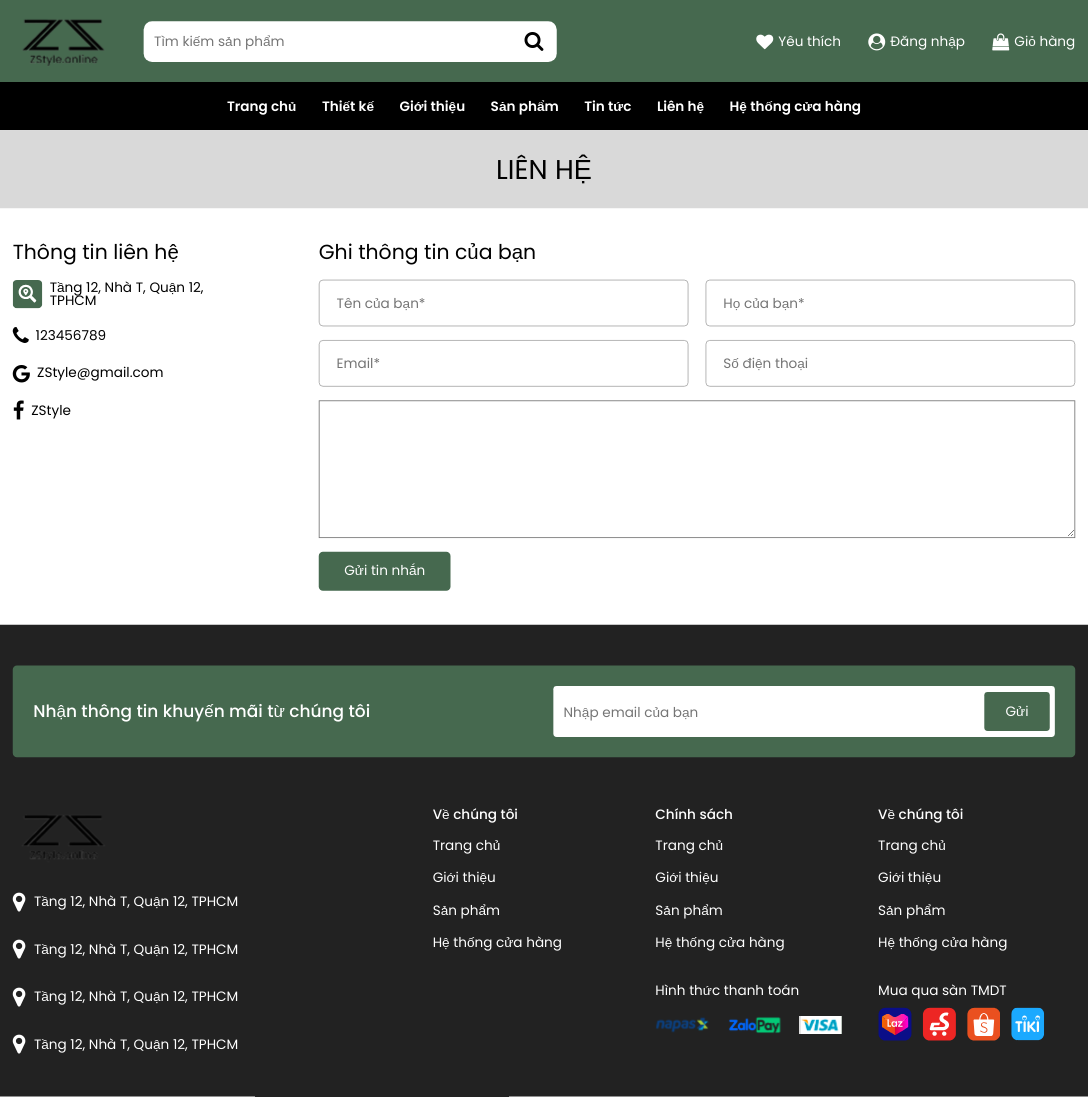
Repository: Toan3333/duanmau
Page: assets/pages/lienhe.html
An editor plug-in stored every save of this project. The page is shown before and after the next save, followed by the edit.
The browser window is 1280 px wide. The pictures show the whole page, at 85% of full size.
Some web libraries are served in a nearby version.

Above is the page before, as saved 2023-11-07 21:31:32.
Console error: TypeError: Cannot read properties of null (reading 'addEventListener')

### assets/pages/lienhe.html
<!DOCTYPE html>
<html lang="en">
  <head>
    <meta charset="UTF-8" />
    <meta name="viewport" content="width=device-width, initial-scale=1.0" />
    <title>Liên hệ</title>
    <link
      rel="stylesheet"
      type="text/css"
      href="https://cdn.jsdelivr.net/npm/slick-carousel@1.8.1/slick/slick.css" />
    <link rel="stylesheet" href="../css/style.css" />
    <link
      rel="stylesheet"
      href="https://cdnjs.cloudflare.com/ajax/libs/font-awesome/4.7.0/css/font-awesome.min.css"
      integrity="sha512-SfTiTlX6kk+qitfevl/7LibUOeJWlt9rbyDn92a1DqWOw9vWG2MFoays0sgObmWazO5BQPiFucnnEAjpAB+/Sw=="
      crossorigin="anonymous"
      referrerpolicy="no-referrer" />
    <link
      rel="stylesheet"
      type="text/css"
      href="https://cdn.jsdelivr.net/npm/slick-carousel@1.8.1/slick/slick.css" />

    <link
      href="https://fonts.googleapis.com/css?family=Poppins:100,100italic,200,200italic,300,300italic,regular,italic,500,500italic,600,600italic,700,700italic,800,800italic,900,900italic"
      rel="stylesheet" />
  </head>
  <body>
    <div class="app">
      <!-- Header -->
      <header class="header">
        <div class="container">
          <div class="header-main">
            <div class="header-logo">
              <a href="#">
                <img src="../images/logo.svg" alt="" />
              </a>
            </div>
            <form action="" class="header-form">
              <div class="header-input">
                <input type="text" placeholder="Tìm kiếm sản phẩm" />
                <div class="header-input-icon">
                  <i class="fa fa-search" aria-hidden="true"></i>
                </div>
              </div>
            </form>
            <div class="header-auth">
              <div class="header-auth__item">
                <i class="fa fa-heart" aria-hidden="true"></i>
                <a href="#" class="header-link">Yêu thích</a>
              </div>
              <div class="header-auth__item">
                <i class="fa fa-user-circle" aria-hidden="true"></i>
                <a href="#" class="header-link">Đăng nhập</a>
              </div>
              <div class="header-auth__item">
                <i class="fa fa-shopping-bag" aria-hidden="true"></i>
                <a href="#" class="header-link">Giỏ hàng</a>
              </div>
            </div>
          </div>
        </div>
      </header>
      <!-- Header end -->
      <section class="header-bottom">
        <div class="container">
          <div class="header-bottom__main">
            <ul class="header-menu">
              <li class="header-menu-item">
                <a href="/index.html" class="header-menu-link">Trang chủ</a>
              </li>
              <li class="header-menu-item">
                <a href="#" class="header-menu-link">Thiết kế</a>
              </li>
              <li class="header-menu-item">
                <a href="#" class="header-menu-link">Giới thiệu</a>
              </li>
              <li class="header-menu-item">
                <a href="#" class="header-menu-link">Sản phẩm</a>
              </li>
              <li class="header-menu-item">
                <a href="#" class="header-menu-link">Tin tức</a>
              </li>
              <li class="header-menu-item">
                <a href="#" class="header-menu-link">Liên hệ</a>
              </li>
              <li class="header-menu-item">
                <a href="#" class="header-menu-link">Hệ thống cửa hàng</a>
              </li>
            </ul>
          </div>
        </div>
      </section>
      <!-- Contact -->
      <div class="contact-heading">
        <div class="contact-text-center">LIÊN HỆ</div>
      </div>
      <section class="contact">
        <div class="container">
          <div class="contact-main">
            <div class="contact-left">
              <h2>Thông tin liên hệ</h2>
              <ul class="contact-menu">
                <li class="contact-list">
                  <div class="contact-list-icon">
                    <svg
                      xmlns="http://www.w3.org/2000/svg"
                      width="36"
                      height="34"
                      viewBox="0 0 36 34"
                      fill="none">
                      <rect width="35.1724" height="34" rx="5" fill="#46694F" />
                      <path
                        d="M27.8511 24.1075L23.7413 19.9985C23.5559 19.813 23.3044 19.71 23.0406 19.71C22.7677 19.71 22.6107 19.3926 22.7615 19.1651C23.6603 17.8093 24.1824 16.1842 24.1824 14.4345C24.1824 9.69901 20.3446 5.86206 15.6087 5.86206C10.8728 5.86206 7.03467 9.69901 7.03467 14.4345C7.03467 19.17 10.8724 23.007 15.6087 23.007C17.3584 23.007 18.9842 22.4848 20.3401 21.5861C20.5676 21.4353 20.885 21.5923 20.885 21.8652C20.885 22.129 20.988 22.3805 21.1735 22.5659L25.2833 26.6749C25.6707 27.0624 26.2972 27.0624 26.6806 26.6749L27.847 25.5085C28.2345 25.121 28.2345 24.4949 27.8511 24.1075ZM15.6087 20.369C12.3303 20.369 9.67341 17.7171 9.67341 14.4345C9.67341 11.1565 12.3258 8.49999 15.6087 8.49999C18.8872 8.49999 21.544 11.1519 21.544 14.4345C21.544 17.7126 18.8917 20.369 15.6087 20.369ZM15.6096 10.4784C13.9287 10.4784 12.5661 11.8407 12.5661 13.5215C12.5661 14.8801 14.5552 17.3568 15.3173 18.2558C15.3531 18.2986 15.3978 18.333 15.4483 18.3566C15.4987 18.3802 15.5538 18.3924 15.6096 18.3924C15.6653 18.3924 15.7204 18.3802 15.7708 18.3566C15.8213 18.333 15.866 18.2986 15.9018 18.2558C16.6639 17.3568 18.653 14.8805 18.653 13.5215C18.653 11.8407 17.2904 10.4784 15.6096 10.4784ZM15.6096 14.4353C15.063 14.4353 14.6203 13.9922 14.6203 13.4461C14.6203 12.8996 15.0634 12.4569 15.6096 12.4569C16.1557 12.4569 16.5988 12.8996 16.5988 13.4461C16.5988 13.9922 16.1557 14.4353 15.6096 14.4353Z"
                        fill="white" />
                    </svg>
                  </div>
                  <a href="#" class="contact-link">Tầng 12, Nhà T, Quận 12, TPHCM</a>
                </li>
                <li class="contact-list">
                  <i class="fa fa-phone" aria-hidden="true"></i>
                  <a href="#" class="contact-link">123456789</a>
                </li>
                <li class="contact-list">
                  <i class="fa fa-google" aria-hidden="true"></i>
                  <a href="#" class="contact-link">ZStyle@gmail.com</a>
                </li>
                <li class="contact-list">
                  <i class="fa fa-facebook" aria-hidden="true"></i>
                  <a href="#" class="contact-link">ZStyle</a>
                </li>
              </ul>
            </div>
            <div class="contact-right">
              <h2>Ghi thông tin của bạn</h2>
              <form action="" class="contact-form">
                <div class="contact-form-group">
                  <input type="text" placeholder="Tên của bạn*" />
                  <input type="text" placeholder="Họ của bạn*" />
                </div>
                <div class="contact-form-group">
                  <input type="text" placeholder="Email*" />
                  <input type="text" placeholder="Số điện thoại" />
                </div>
                <textarea class="comment" name="" id="" cols="30" rows="10"> </textarea>
                <div class="product-btn contact-btn">
                  <button class="button-primary">Gửi tin nhắn</button>
                </div>
              </form>
            </div>
          </div>
        </div>
      </section>
      <!-- Contact end-->
      <footer class="footer">
        <div class="container">
          <div class="footer-box">
            <div class="footer-box__title">Nhận thông tin khuyến mãi từ chúng tôi</div>
            <form action="" class="footer-form">
              <div class="footer-form__input">
                <input class="form-control" type="text" placeholder="Nhập email của bạn " />
                <div class="footer-form__submit">
                  <button type="submit" class="footer-btn">Gửi</button>
                </div>
              </div>
            </form>
          </div>
          <div class="footer-list">
            <div class="footer-column">
              <div class="footer-logo">
                <a href="#">
                  <img src="../images/logo.svg" alt="" />
                </a>
                <div class="footer-nav">
                  <ul class="footer-menu">
                    <li class="footer-item">
                      <a href="#" class="footer-link"
                        ><i class="fa fa-map-marker" aria-hidden="true"></i>
                        Tầng 12, Nhà T, Quận 12, TPHCM
                      </a>
                    </li>
                    <li class="footer-item">
                      <a href="#" class="footer-link"
                        ><i class="fa fa-map-marker" aria-hidden="true"></i>
                        Tầng 12, Nhà T, Quận 12, TPHCM
                      </a>
                    </li>
                    <li class="footer-item">
                      <a href="#" class="footer-link"
                        ><i class="fa fa-map-marker" aria-hidden="true"></i>
                        Tầng 12, Nhà T, Quận 12, TPHCM
                      </a>
                    </li>
                    <li class="footer-item">
                      <a href="#" class="footer-link"
                        ><i class="fa fa-map-marker" aria-hidden="true"></i>
                        Tầng 12, Nhà T, Quận 12, TPHCM
                      </a>
                    </li>
                  </ul>
                </div>
              </div>
            </div>
            <div class="footer-column">
              <h4 class="footer-title">Về chúng tôi</h4>
              <ul class="footer-menus">
                <li>
                  <a href="#" class="footer-link">Trang chủ </a>
                </li>
                <li>
                  <a href="#" class="footer-link">Giới thiệu</a>
                </li>
                <li>
                  <a href="#" class="footer-link">Sản phẩm</a>
                </li>
                <li>
                  <a href="#" class="footer-link">Hệ thống cửa hàng</a>
                </li>
              </ul>
            </div>
            <div class="footer-column">
              <h4 class="footer-title">Chính sách</h4>
              <ul class="footer-menus">
                <li>
                  <a href="#" class="footer-link">Trang chủ </a>
                </li>
                <li>
                  <a href="#" class="footer-link">Giới thiệu</a>
                </li>
                <li>
                  <a href="#" class="footer-link">Sản phẩm</a>
                </li>
                <li>
                  <a href="#" class="footer-link">Hệ thống cửa hàng</a>
                </li>
              </ul>
              <div class="footer-checkout">
                <div class="footer-checkout__title">Hình thức thanh toán</div>
                <div class="footer-checkout__icon">
                  <img src="../images/napas.svg" alt="" />
                  <img src="../images/zalopay-icon.svg" alt="" />
                  <img src="../images/visa.svg" alt="" />
                </div>
              </div>
            </div>
            <div class="footer-column">
              <h4 class="footer-title">Về chúng tôi</h4>
              <ul class="footer-menus">
                <li>
                  <a href="#" class="footer-link">Trang chủ </a>
                </li>
                <li>
                  <a href="#" class="footer-link">Giới thiệu</a>
                </li>
                <li>
                  <a href="#" class="footer-link">Sản phẩm</a>
                </li>
                <li>
                  <a href="#" class="footer-link">Hệ thống cửa hàng</a>
                </li>
              </ul>
              <div class="footer-checkout">
                <div class="footer-checkout__title">Mua qua sàn TMDT</div>
                <div class="footer-checkout__icon">
                  <img class="footer-icon__image" src="../images/lazada.svg" alt="" />
                  <img class="footer-icon__image" src="../images/sendo.svg" alt="" />
                  <img class="footer-icon__image" src="../images/shopee.svg" alt="" />
                  <img class="footer-icon__image" src="../images/tiki.svg" alt="" />
                </div>
              </div>
            </div>
          </div>
        </div>
      </footer>
    </div>
    <script type="text/javascript" src="https://code.jquery.com/jquery-1.11.0.min.js"></script>
    <script
      type="text/javascript"
      src="https://code.jquery.com/jquery-migrate-1.2.1.min.js"></script>
    <script
      type="text/javascript"
      src="https://cdn.jsdelivr.net/npm/slick-carousel@1.8.1/slick/slick.min.js"></script>
    <script src="./assets/js/app.js"></script>
  </body>
</html>

Loaded but not shown: assets/js/app.js (47 lines, source omitted); assets/css/style.css (2232 lines, source omitted)

After the next save:
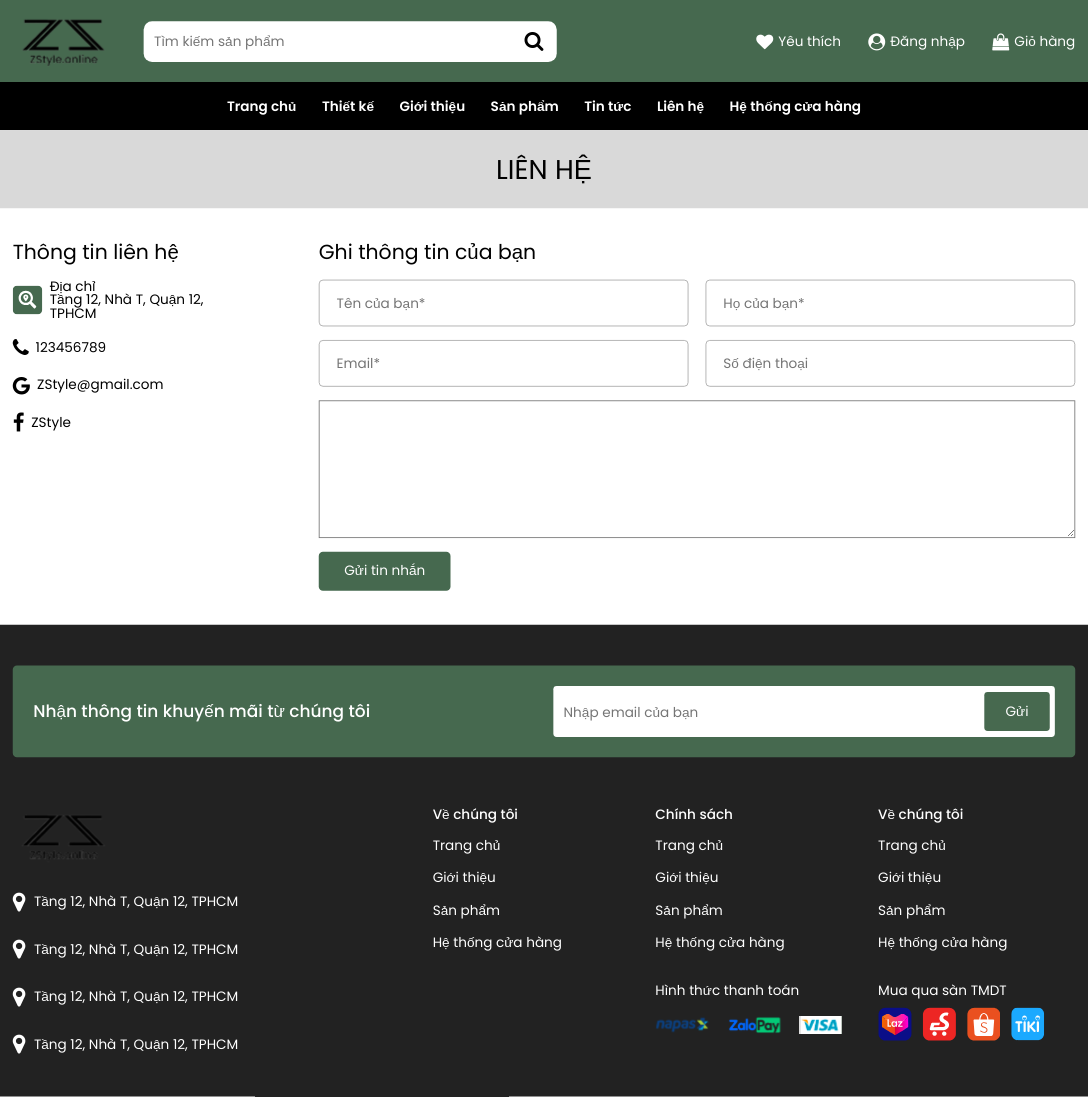
Saved 63 s later.
--- a/assets/pages/lienhe.html
+++ b/assets/pages/lienhe.html
@@ -114,7 +114,10 @@
                         fill="white" />
                     </svg>
                   </div>
-                  <a href="#" class="contact-link">Tầng 12, Nhà T, Quận 12, TPHCM</a>
+                  <a href="#" class="contact-link">
+                    <div class="contact-link-title">Địa chỉ</div>
+                    Tầng 12, Nhà T, Quận 12, TPHCM
+                  </a>
                 </li>
                 <li class="contact-list">
                   <i class="fa fa-phone" aria-hidden="true"></i>
